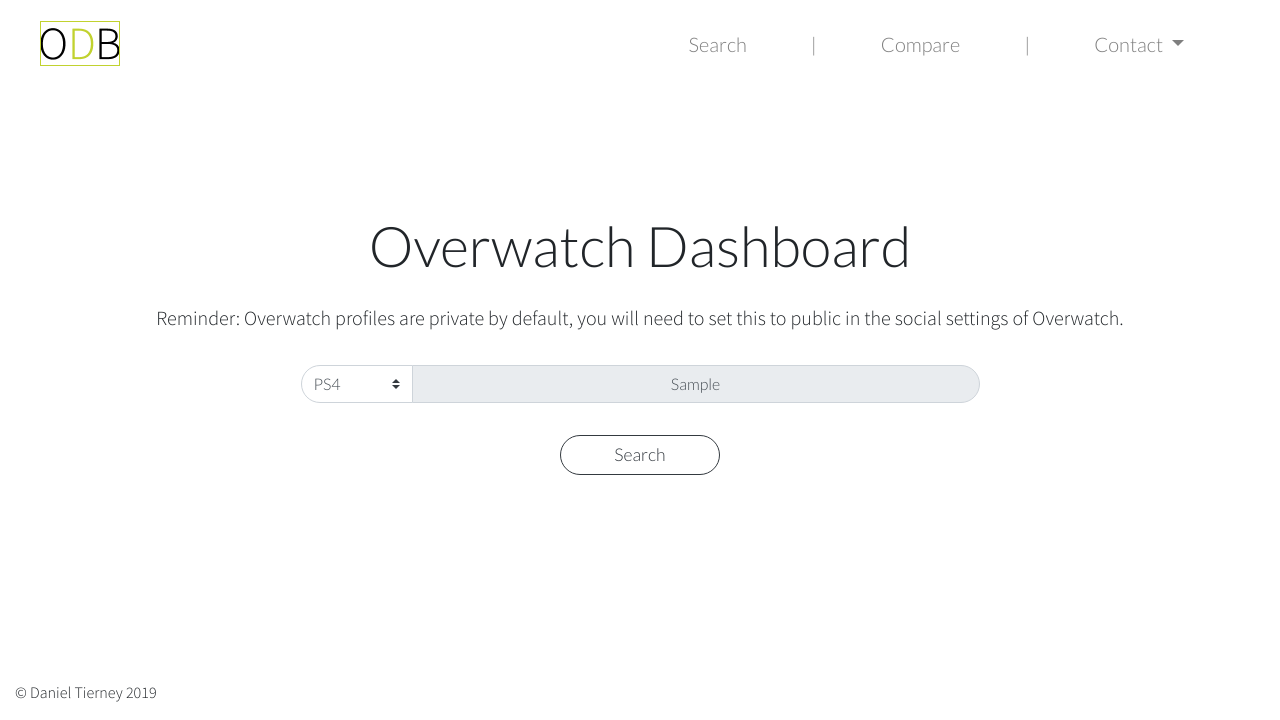
Repository: Cobonkoi/overwatch-dashboard
Page: index.html
The author's editor kept a record of every edit. The page is drawn from the files as they stood at one moment, then again after the next edit.
The browser window is 1280 px wide. The pictures show the whole page.
Empty fields were first filled with sample values (such as "Sample", 5 or name@example.com).
After loading, the first visible `#search-form-platform` was changed once.

Above is the page before.

After the next edit:
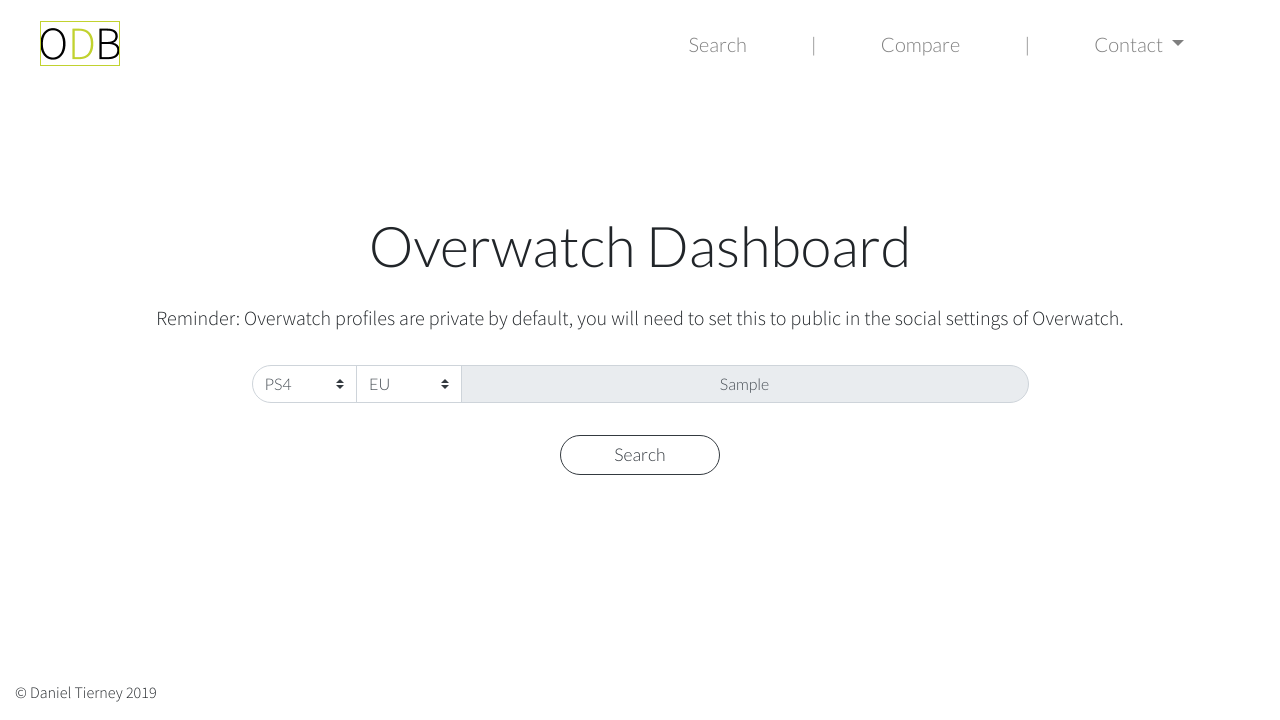
Console error: TypeError: Cannot read properties of null (reading 'setAttribute')
The edit:
--- a/assets/javascript/main.js
+++ b/assets/javascript/main.js
@@ -52,6 +52,7 @@
         regionDropdown.setAttribute("hidden", true);
     } else if (document.getElementById("search-form-platform").value == "psn") {
         var regionDropdown = document.getElementById("search-form-region");
+        var regionDropdown = document.getElementById("search-form-region-mobile");
         regionDropdown.setAttribute("hidden", true);
     }
 }

After the 5 edits that followed:
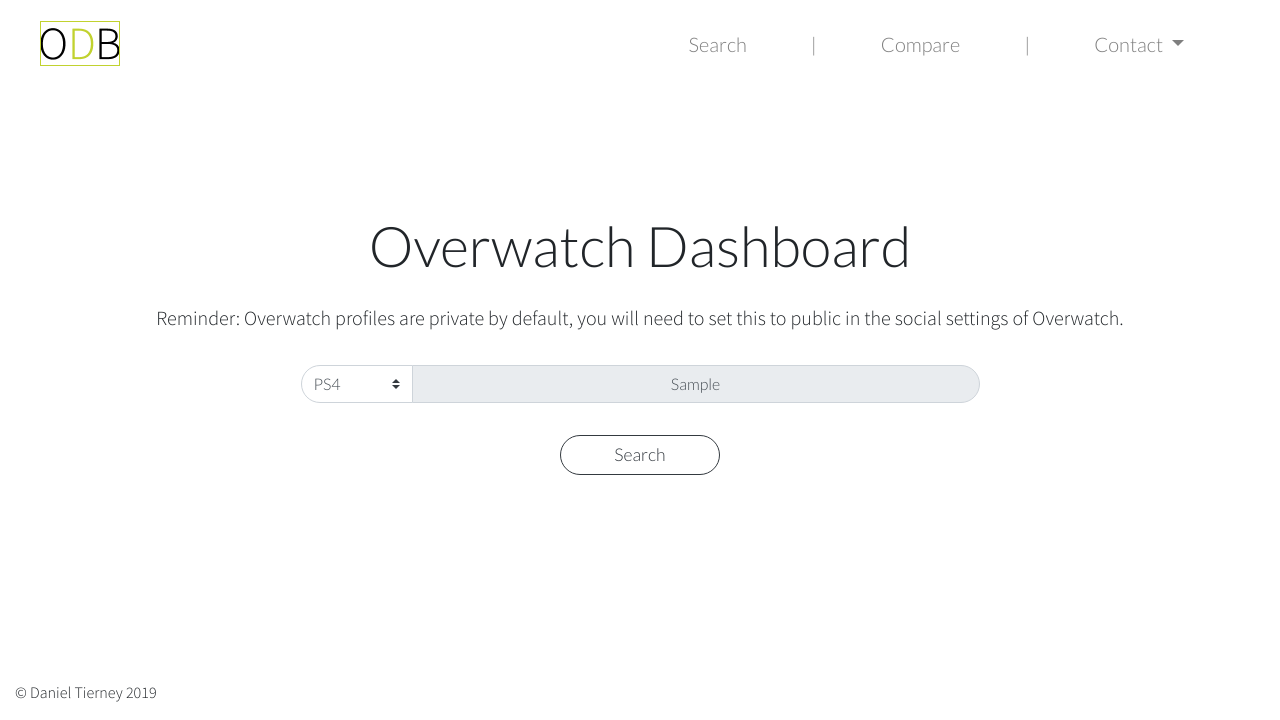
Console error: TypeError: Cannot read properties of null (reading 'removeAttribute')
The 5 edits are shown as one change because 4 left the picture as it was.
The edit:
--- a/assets/javascript/main.js
+++ b/assets/javascript/main.js
@@ -44,15 +44,18 @@
 function changeRegionHidden() {
     if (document.getElementById("search-form-platform").value == "pc") {
         var regionDropdown = document.getElementById("search-form-region");
-        var regionDropdown = document.getElementById("search-form-region-mobile");
+        var regionDropdownMobile = document.getElementById("search-form-region-mobile");
         regionDropdown.removeAttribute("hidden");
+        regionDropdownMobile.removeAttribute("hidden");
     } else if (document.getElementById("search-form-platform").value == "xbl") {
         var regionDropdown = document.getElementById("search-form-region");
-        var regionDropdown = document.getElementById("search-form-region-mobile");
+        var regionDropdownMobile = document.getElementById("search-form-region-mobile");
         regionDropdown.setAttribute("hidden", true);
+        regionDropdownMobile.removeAttribute("hidden");
     } else if (document.getElementById("search-form-platform").value == "psn") {
         var regionDropdown = document.getElementById("search-form-region");
-        var regionDropdown = document.getElementById("search-form-region-mobile");
+        var regionDropdownMobile = document.getElementById("search-form-region-mobile");
         regionDropdown.setAttribute("hidden", true);
+        regionDropdownMobile.removeAttribute("hidden");
     }
 }
